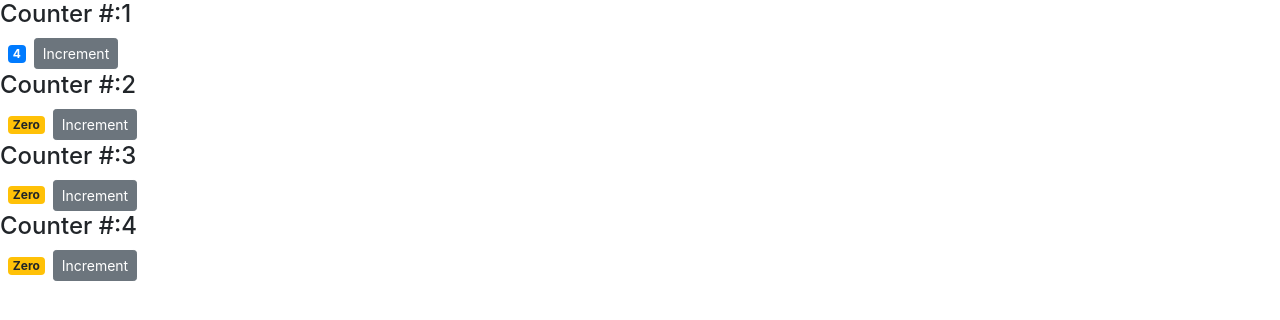
Repository: smk87/First-React-App
Page: /
The author's editor kept a copy of each file at every save. The page is drawn from the files as they stood at one save, then again after the next save.
The browser window is 1280 px wide. The pictures show the whole page.
The project was rebuilt for these pictures with package versions that can differ from the ones it lists, and the page was loaded fresh each time. Also part of the build but not shown: src/App.css, src/App.js.

Above is the page before, as saved 2019-01-05 14:05:23.

### public/index.html
<!DOCTYPE html>
<html lang="en">
  <head>
    <meta charset="utf-8" />
    <link rel="shortcut icon" href="%PUBLIC_URL%/favicon.ico" />
    <meta
      name="viewport"
      content="width=device-width, initial-scale=1, shrink-to-fit=no"
    />
    <meta name="theme-color" content="#000000" />
    <!--
      manifest.json provides metadata used when your web app is added to the
      homescreen on Android. See https://developers.google.com/web/fundamentals/web-app-manifest/
    -->
    <link rel="manifest" href="%PUBLIC_URL%/manifest.json" />
    <!--
      Notice the use of %PUBLIC_URL% in the tags above.
      It will be replaced with the URL of the `public` folder during the build.
      Only files inside the `public` folder can be referenced from the HTML.

      Unlike "/favicon.ico" or "favicon.ico", "%PUBLIC_URL%/favicon.ico" will
      work correctly both with client-side routing and a non-root public URL.
      Learn how to configure a non-root public URL by running `npm run build`.
    -->
    <title>Cart by React</title>
  </head>
  <body>
    <noscript>You need to enable JavaScript to run this app.</noscript>
    <div id="root"></div>
    <!--
      This HTML file is a template.
      If you open it directly in the browser, you will see an empty page.

      You can add webfonts, meta tags, or analytics to this file.
      The build step will place the bundled scripts into the <body> tag.

      To begin the development, run `npm start` or `yarn start`.
      To create a production bundle, use `npm run build` or `yarn build`.
    -->
  </body>
</html>

### src/index.js
import React from "react";
import ReactDOM from "react-dom";
import "./index.css";
import App from "./App";
import * as serviceWorker from "./serviceWorker";
import "bootstrap/dist/css/bootstrap.css";
import Counters from "./components/counters";

ReactDOM.render(<Counters />, document.getElementById("root"));

// If you want your app to work offline and load faster, you can change
// unregister() to register() below. Note this comes with some pitfalls.
// Learn more about service workers: http://bit.ly/CRA-PWA
serviceWorker.unregister();

### src/components/counters.jsx
import React, { Component } from "react";
import Counter from "./counter";

class Counters extends Component {
  state = {
    counters: [
      { id: 1, value: 4 },
      { id: 2, value: 0 },
      { id: 3, value: 0 },
      { id: 4, value: 0 }
    ]
  };
  render() {
    return (
      <div>
        {this.state.counters.map(counter => (
          <Counter key={counter.id} value={counter.value}>
            <h4>Counter #:{counter.id}</h4>
          </Counter>
        ))}
      </div>
    );
  }
}

export default Counters;

### src/components/counter.jsx
import React, { Component } from "react";

class Counter extends Component {
  state = {
    value: this.props.value,
    tags: []
  };

  renderTags() {
    if (this.state.tags.length === 0) return <p>There are no tags!</p>;
    return (
      <ul>
        {this.state.tags.map(tag => (
          <li key={tag}>{tag}</li>
        ))}
      </ul>
    );
  }

  handleIncrement = product => {
    //console.log(product);
    this.setState({ value: this.state.value + 1 });
  };

  doHandleIncrement = () => {
    this.handleIncrement({ id: 1 });
  };

  render() {
    return (
      <div>
        {this.props.children}
        <span className={this.getBadgeClasses()}>{this.formatCount()}</span>
        <button
          onClick={() => this.handleIncrement({ id: 1 })}
          className="btn btn-secondary btn-sm"
        >
          Increment
        </button>
      </div>
    );
  }

  getBadgeClasses() {
    let classes = "badge m-2 badge-";
    classes += this.state.value === 0 ? "warning" : "primary";
    return classes;
  }

  formatCount() {
    const { value: count } = this.state;
    return count === 0 ? "Zero" : count;
  }
}

export default Counter;

Loaded but not shown: src/index.css (common file); src/serviceWorker.js (common file)

After the next save:
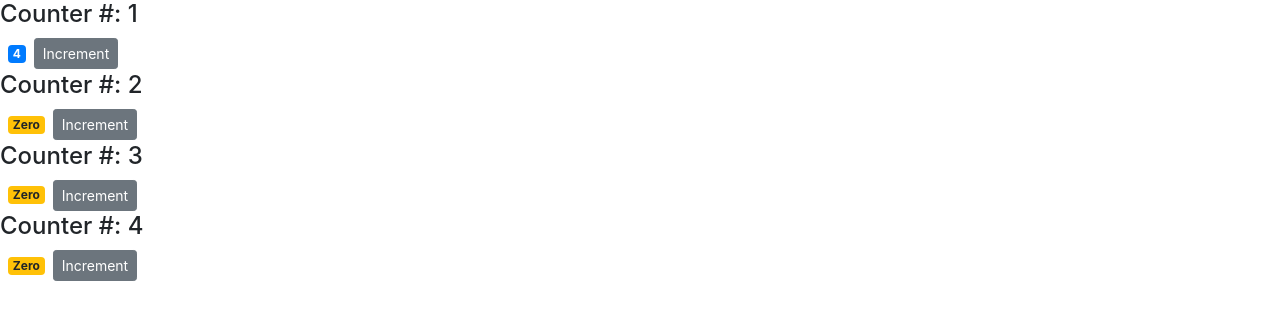
Saved 8 s later.
--- a/src/components/counters.jsx
+++ b/src/components/counters.jsx
@@ -15,7 +15,7 @@ class Counters extends Component {
       <div>
         {this.state.counters.map(counter => (
           <Counter key={counter.id} value={counter.value}>
-            <h4>Counter #:{counter.id}</h4>
+            <h4>Counter #: {counter.id}</h4>
           </Counter>
         ))}
       </div>
